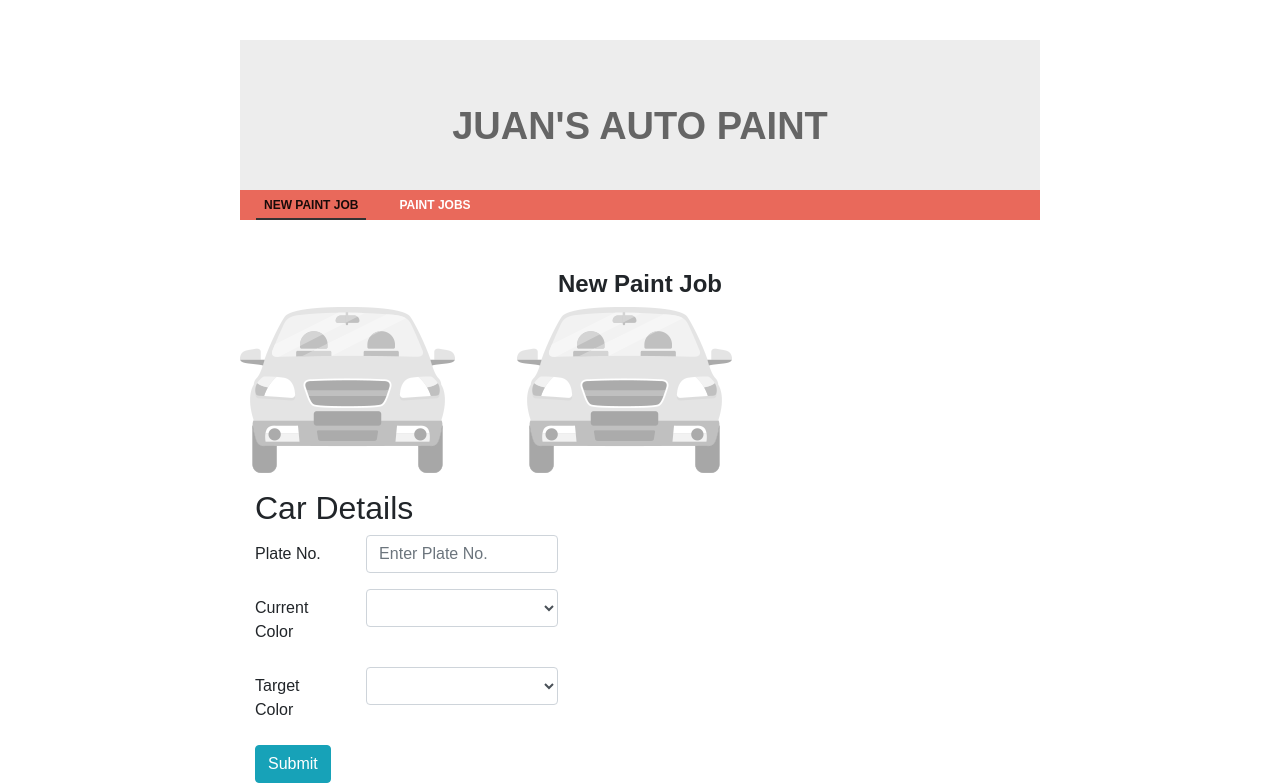
Repository: soycaringal/paint-job
Page: http://localhost/
The author's editor kept a copy of each file at every save. The page is drawn from the files as they stood at one save, then again after the next save.
The browser window is 1280 px wide. The pictures show the whole page.
The page is served by the project's Laravel application, run on PHP 8.4 with Laravel 8. Other server files are loaded and not shown. Queries for data that is not in the repository find no rows.

Above is the page before, as saved 2020-02-23 17:34:01.

### routes/web.php
<?php

/*
|--------------------------------------------------------------------------
| Web Routes
|--------------------------------------------------------------------------
|
| Here is where you can register web routes for your application. These
| routes are loaded by the RouteServiceProvider within a group which
| contains the "web" middleware group. Now create something great!
|
*/

Route::get('/', 'CarController@index')->name('home');
Route::get('/jobs', 'CarController@jobs')->name('jobs');
Route::post('/car', 'CarController@store')->name('car.store');

// Route::post('/car', function () {

//     return 'aw';
// });

### app/Http/Controllers/CarController.php
<?php

namespace App\Http\Controllers;

use App\Car;
use Illuminate\Http\Request;

class CarController extends Controller
{
    private $car;

    public function __construct(Car $car) {
        $this->car = $car;
    }

    /**
     * Display a listing of the resource.
     *
     * @return \Illuminate\Http\Response
     */
    public function index()
    {
        $cars = $this->car->all();
        return view('home', compact('cars'));
    }

        /**
     * Display a listing of the resource.
     *
     * @return \Illuminate\Http\Response
     */
    public function jobs()
    {
        return view('jobs');
    }

    /**
     * Show the form for creating a new resource.
     *
     * @return \Illuminate\Http\Response
     */
    public function create()
    {
        //
    }

    /**
     * Store a newly created resource in storage.
     *
     * @param  \Illuminate\Http\Request  $request
     * @return \Illuminate\Http\Response
     */
    public function store(Request $request)
    {
        $data = $request->all();

        $car = new Car();
        $car->plate_no = $data['plate_no'];
        $car->current_color = $data['current_color'];
        $car->target_color = $data['target_color'];
        $car->save();

        return redirect('jobs');
    }

    /**
     * Display the specified resource.
     *
     * @param  \App\Car  $car
     * @return \Illuminate\Http\Response
     */
    public function show(Car $car)
    {
        //
    }

    /**
     * Show the form for editing the specified resource.
     *
     * @param  \App\Car  $car
     * @return \Illuminate\Http\Response
     */
    public function edit(Car $car)
    {
        //
    }

    /**
     * Update the specified resource in storage.
     *
     * @param  \Illuminate\Http\Request  $request
     * @param  \App\Car  $car
     * @return \Illuminate\Http\Response
     */
    public function update(Request $request, Car $car)
    {
        $car = $this->car->find($request->id);
        $car->status = 'completed';
        $car->save();
    }

    /**
     * Remove the specified resource from storage.
     *
     * @param  \App\Car  $car
     * @return \Illuminate\Http\Response
     */
    public function destroy(Car $car)
    {
        //
    }
}

### resources/views/home.blade.php
@extends('layouts.app')

@section('content')

<section class="car-image-content">
    <div class="paint-job-title">
        <div class="col-12">
            <h1>New Paint Job</h1>
        </div>
    </div>
    <div class="row">
        <div class="col-4">
            <figure>
                <img src="/img/default.png" alt="">
            </figure>
        </div>
        <div class="col-4">
            <figure>
                <img src="/img/default.png" alt="">
            </figure>
        </div>

    </div>

</section>
<section class="col-5">
    <h2>Car Details</h2>
    <form action="{{route('car.store')}}" method="post">
        @csrf
        <!-- START: Plate No. -->
        <div class="form-group row">
            <label class="col-4 col-form-label">Plate No.</label>
            <div class="col-8   ">
                <input type="text" name="plate_no" class="form-control" placeholder="Enter Plate No." required>
            </div>
        </div>
        <!-- END: Plate No. -->
        <!-- START: Current Color -->
        <div class="form-group row">
            <label class="col-4 col-form-label">Current Color</label>
            <div class="col-8   ">
                <select name="current_color"class="form-control" required>
                    <option value=""></option>
                    <option value="red">Red</option>
                    <option value="green">Green</option>
                    <option value="blue">Blue</option>
                </select>
            </div>
        </div>
        <!-- END: Current Color -->
        <!-- START: Target Color -->
        <div class="form-group row">
            <label class="col-4 col-form-label">Target Color</label>
            <div class="col-8   ">
                <select name="target_color"class="form-control" required>
                    <option value=""></option>
                    <option value="red">Red</option>
                    <option value="green">Green</option>
                    <option value="blue">Blue</option>
                </select>
            </div>
        </div>
        <!-- END: Target Color -->
        <button type="submit" class="btn btn-info">Submit</button>
    </form>
</section>


@endsection

### resources/views/layouts/app.blade.php
<!DOCTYPE html>
<html lang="{{ str_replace('_', '-', app()->getLocale()) }}">
    <head>
        <meta charset="utf-8">
        <meta name="viewport" content="width=device-width, initial-scale=1">

        <title>Laravel</title>

        <!-- Fonts -->
        <link href="https://fonts.googleapis.com/css?family=Nunito:200,600" rel="stylesheet">
        <link rel="stylesheet" href="https://stackpath.bootstrapcdn.com/bootstrap/4.1.3/css/bootstrap.min.css" integrity="sha384-MCw98/SFnGE8fJT3GXwEOngsV7Zt27NXFoaoApmYm81iuXoPkFOJwJ8ERdknLPMO" crossorigin="anonymous">
        <script src="https://code.jquery.com/jquery-3.3.1.slim.min.js" integrity="sha384-q8i/X+965DzO0rT7abK41JStQIAqVgRVzpbzo5smXKp4YfRvH+8abtTE1Pi6jizo" crossorigin="anonymous"></script>
        <script src="https://cdnjs.cloudflare.com/ajax/libs/popper.js/1.14.3/umd/popper.min.js" integrity="sha384-ZMP7rVo3mIykV+2+9J3UJ46jBk0WLaUAdn689aCwoqbBJiSnjAK/l8WvCWPIPm49" crossorigin="anonymous"></script>
        <script src="https://stackpath.bootstrapcdn.com/bootstrap/4.1.3/js/bootstrap.min.js" integrity="sha384-ChfqqxuZUCnJSK3+MXmPNIyE6ZbWh2IMqE241rYiqJxyMiZ6OW/JmZQ5stwEULTy" crossorigin="anonymous"></script>
        <link href="/css/main.css" rel="stylesheet">
        <script src="https://code.jquery.com/jquery-3.4.1.min.js"
                integrity="sha256-CSXorXvZcTkaix6Yvo6HppcZGetbYMGWSFlBw8HfCJo=" crossorigin="anonymous"></script>
    </head>
    <body>
        <div class="car-container">
            <header>
                <div class="jumbotron text-center">
                    <h1>Juan's Auto Paint</h1>
                </div>
                <nav class="navbar navbar-expand-lg navbar-light">
                    <div class="collapse navbar-collapse" id="navbarText">
                        <ul class="navbar-nav mr-auto">
                            <li class="nav-item {{ Route::is('home') ? 'active' : '' }}">
                                <a class="nav-link" href="/">NEW PAINT JOB</a>
                            </li>
                            <li class="nav-item {{ Route::is('jobs') ? 'active' : '' }}">
                                <a class="nav-link" href="/jobs">PAINT JOBS</a>
                            </li>
                            </li>
                        </ul>
                    </div>
                </nav>
            </header>
            <main>
                @yield('content')
            </main>
        </div>
    </body>
</html>

### public/css/main.css
body {
    font-family: Arial;
}

header {
    margin-top: 40px;
}

header .jumbotron {
    background-color: #ededed;
    border-radius: 0;
    height: 150px;
    margin-bottom: 0;
}

header h1 {
    color: #656565;
    font-family: 'arial';
    font-size: 38px;
    font-weight: bold;
    text-transform: uppercase;
}

.car-container {
    margin: 0 auto;
    width: 800px;
}

.navbar {
    background-color: #e9695b;
    height: 30px;
    font-size: 12px;
}

.navbar .nav-item a {
    font-weight: bold;
    margin-right: 25px;
}

.navbar-light .navbar-nav .nav-item.active .nav-link {
    padding-bottom: 4px;
    border-bottom: 2px solid #333;
}

.navbar-light .navbar-nav .nav-link {
    color: #FFFFFF;
}

.paint-job-title h1 {
    text-align: center;
    font-size: 24px;
    font-weight: bold;
    margin-top: 50px;
}

Loaded but not shown: app/Http/Controllers/Controller.php (common file); app/Car.php (common file)

After the next save:
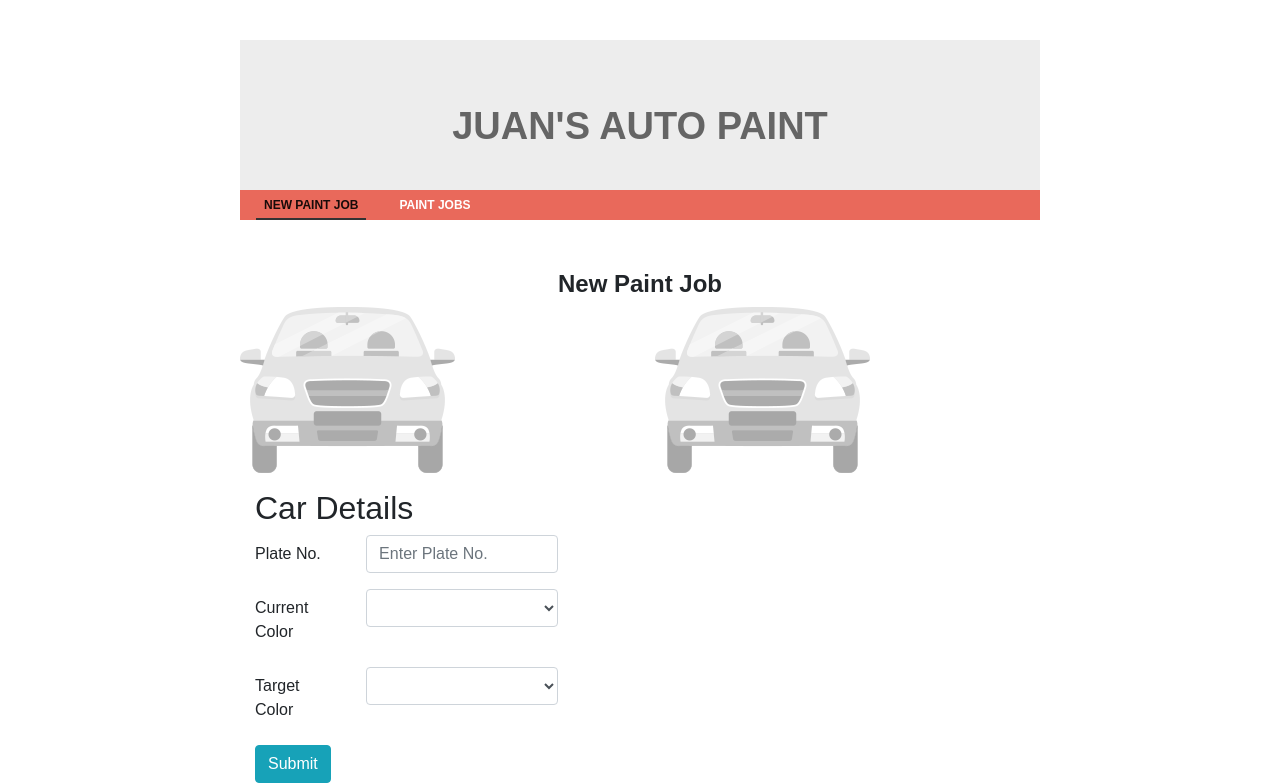
Saved 17 s later.
--- a/resources/views/home.blade.php
+++ b/resources/views/home.blade.php
@@ -9,12 +9,12 @@
         </div>
     </div>
     <div class="row">
-        <div class="col-4">
+        <div class="col-6">
             <figure>
                 <img src="/img/default.png" alt="">
             </figure>
         </div>
-        <div class="col-4">
+        <div class="col-6">
             <figure>
                 <img src="/img/default.png" alt="">
             </figure>
